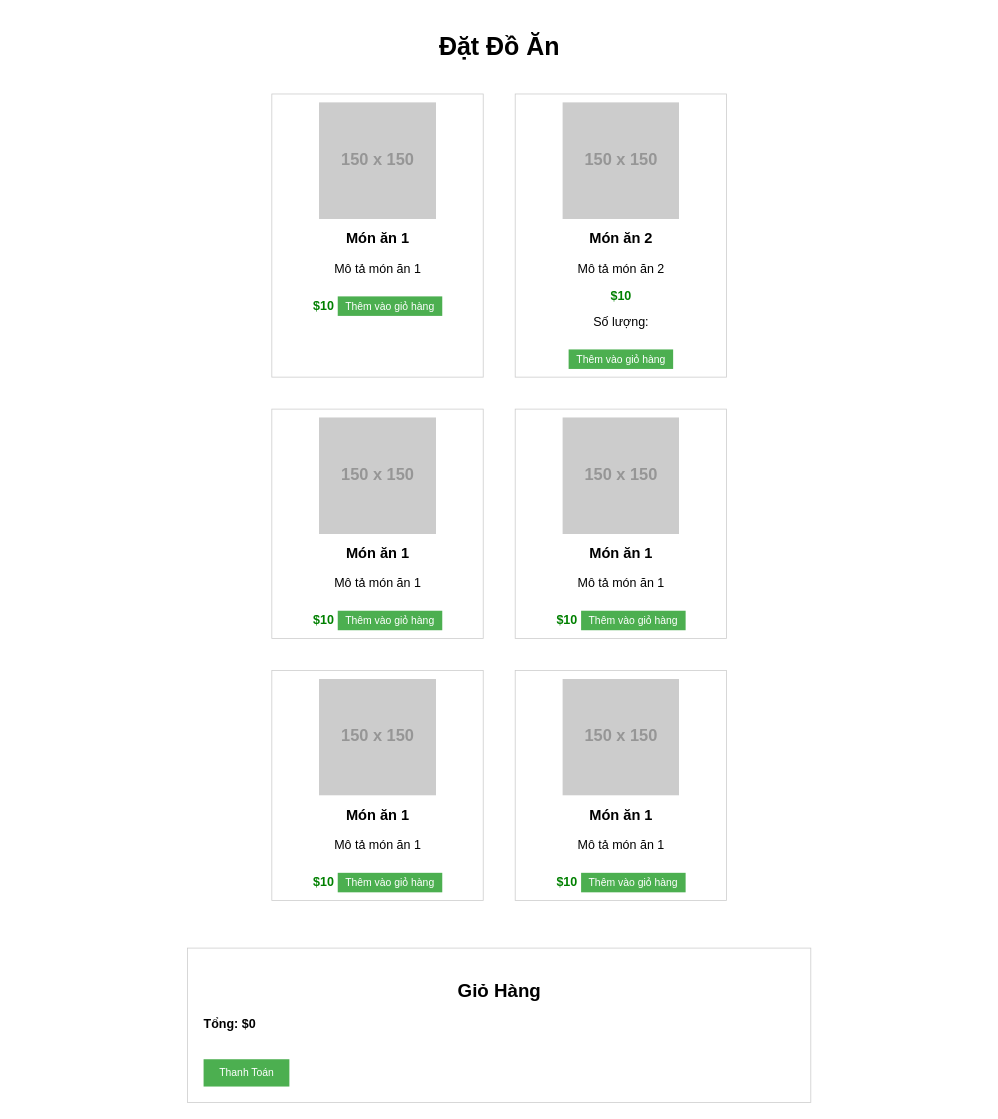
Repository: Tuananhdeptrai723/dientoandammay
Page: http://localhost/main/main.php
The author's editor kept a copy of each file at every save. The page is drawn from the files as they stood at one save, then again after the next save.
The browser window is 1280 px wide. The pictures show the whole page, at 78% of full size.
The page is run by PHP 8.4 with error messages shown; the project is at /var/www/html/.

Above is the page before, as saved 2024-06-04 18:20:45.

After the next save:
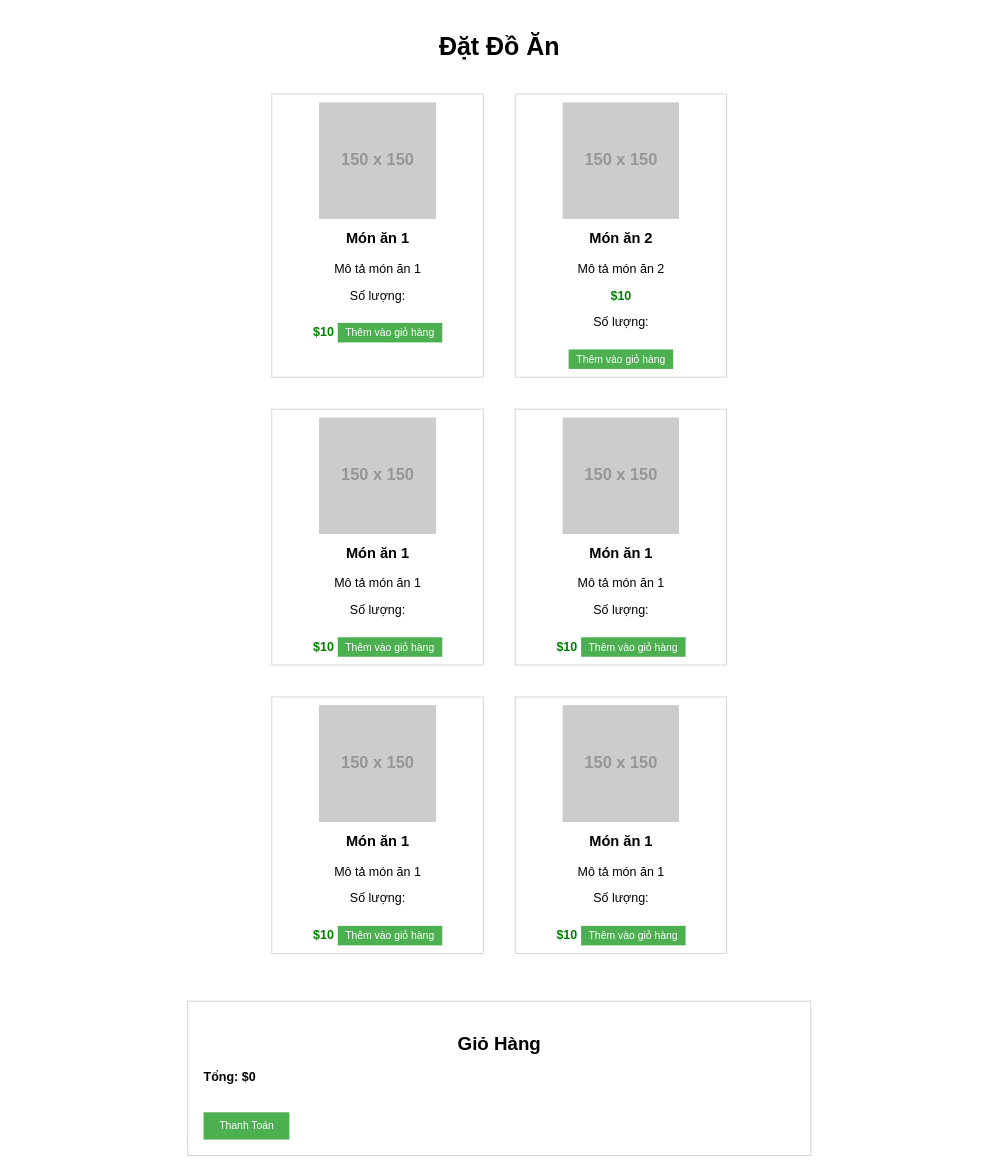
Saved 21 s later.
--- a/main/main.php
+++ b/main/main.php
@@ -14,6 +14,7 @@
         <img src="https://via.placeholder.com/150" alt="Món ăn 1">
         <h3>Món ăn 1</h3>
         <p>Mô tả món ăn 1</p>
+        <p>Số lượng: </p>
         <span class="price">$10</span>
         <button class="add-to-cart">Thêm vào giỏ hàng</button>
       </div>
@@ -31,6 +32,7 @@
         <img src="https://via.placeholder.com/150" alt="Món ăn 1">
         <h3>Món ăn 1</h3>
         <p>Mô tả món ăn 1</p>
+        <p>Số lượng: </p>
         <span class="price">$10</span>
         <button class="add-to-cart">Thêm vào giỏ hàng</button>
       </div>
@@ -39,6 +41,7 @@
         <img src="https://via.placeholder.com/150" alt="Món ăn 1">
         <h3>Món ăn 1</h3>
         <p>Mô tả món ăn 1</p>
+        <p>Số lượng: </p>
         <span class="price">$10</span>
         <button class="add-to-cart">Thêm vào giỏ hàng</button>
       </div>
@@ -47,6 +50,7 @@
         <img src="https://via.placeholder.com/150" alt="Món ăn 1">
         <h3>Món ăn 1</h3>
         <p>Mô tả món ăn 1</p>
+        <p>Số lượng: </p>
         <span class="price">$10</span>
         <button class="add-to-cart">Thêm vào giỏ hàng</button>
       </div>
@@ -55,6 +59,7 @@
         <img src="https://via.placeholder.com/150" alt="Món ăn 1">
         <h3>Món ăn 1</h3>
         <p>Mô tả món ăn 1</p>
+        <p>Số lượng: </p>
         <span class="price">$10</span>
         <button class="add-to-cart">Thêm vào giỏ hàng</button>
       </div>
